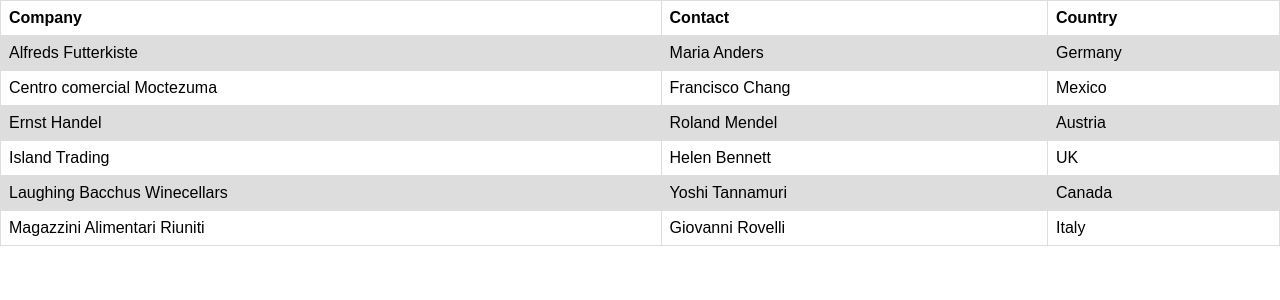
Repository: Seryozha02/ApiRequests
Page: index.html
An editor plug-in stored every save of this project. The page is shown before and after the next save, followed by the edit.
The browser window is 1280 px wide. The pictures show the whole page.

Above is the page before, as saved 2022-09-22 21:14:33.

### index.html
<!DOCTYPE html>
<html lang="en">
<head>
    <meta charset="UTF-8">
    <meta http-equiv="X-UA-Compatible" content="IE=edge">
    <meta name="viewport" content="width=device-width, initial-scale=1.0">
    <title>Request's</title>
    <link rel="stylesheet" href="style.css">
</head>
<body>
    <table class="requests">
        <tr>
          <th>Company</th>
          <th>Contact</th>
          <th>Country</th>
        </tr>
        <tr>
          <td>Alfreds Futterkiste</td>
          <td>Maria Anders</td>
          <td>Germany</td>
        </tr>
        <tr>
          <td>Centro comercial Moctezuma</td>
          <td>Francisco Chang</td>
          <td>Mexico</td>
        </tr>
        <tr>
          <td>Ernst Handel</td>
          <td>Roland Mendel</td>
          <td>Austria</td>
        </tr>
        <tr>
          <td>Island Trading</td>
          <td>Helen Bennett</td>
          <td>UK</td>
        </tr>
        <tr>
          <td>Laughing Bacchus Winecellars</td>
          <td>Yoshi Tannamuri</td>
          <td>Canada</td>
        </tr>
        <tr>
          <td>Magazzini Alimentari Riuniti</td>
          <td>Giovanni Rovelli</td>
          <td>Italy</td>
        </tr>
      </table>
</body>
<script src="script.js"></script>
</html>

### style.css
* {
        margin: 0;
        padding: 0;
        box-sizing: border-box;
}

.requests {
    font-family: arial, sans-serif;
    border-collapse: collapse;
    width: 100%;
  }

  td, th {
    border: 1px solid #dddddd;
    text-align: left;
    padding: 8px;
  }

  tr:nth-child(even) {
    background-color: #dddddd;
  }

Loaded but not shown: script.js (no copy from this time; the picture is the same without it)

After the next save:
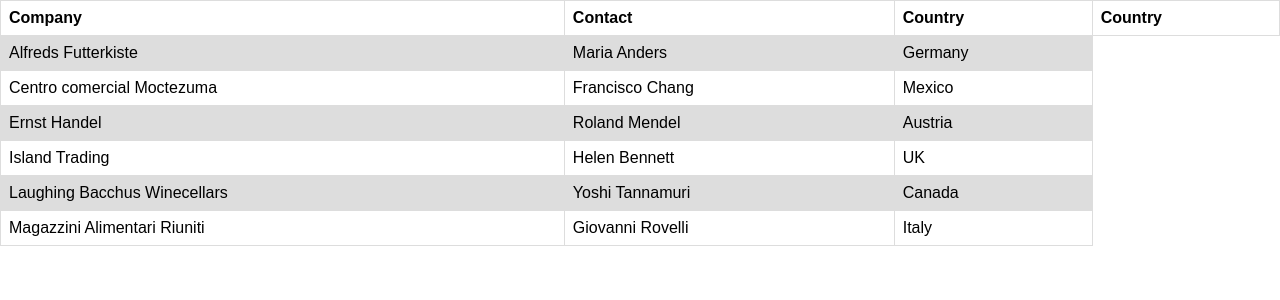
Saved 16 s later.
--- a/index.html
+++ b/index.html
@@ -12,6 +12,7 @@
         <tr>
           <th>Company</th>
           <th>Contact</th>
+          <th>Country</th>
           <th>Country</th>
         </tr>
         <tr>
